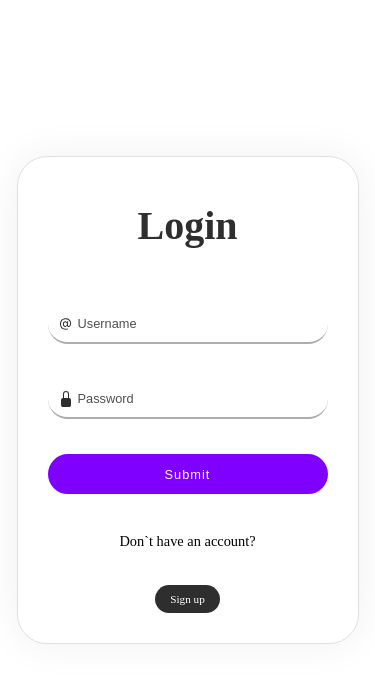
Repository: sharmisthak16/Student-Assignment
Page: /LoginForm (app in my-project/)
The author's editor kept a copy of each file at every save. The page is drawn from the files as they stood at one save, then again after the next save.
The browser window is 375 px wide. The pictures show the whole page.
The project was rebuilt for these pictures with package versions that can differ from the ones it lists, and the page was loaded fresh each time. Also part of the build but not shown: my-project/vite.config.js, my-project/src/components/Dashboard.css, my-project/src/components/Dashboard.jsx, my-project/src/components/HomeButtons.css, my-project/src/components/HomeButtons.jsx, my-project/src/Pages/Home.jsx, my-project/src/components/StudentTable.css, my-project/src/components/StudentTable.jsx and 3 more.

Above is the page before, as saved 2025-01-31 04:30:05.

### my-project/index.html
<!doctype html>
<html lang="en">
  <head>
    <meta charset="UTF-8" />

    <meta name="viewport" content="width=device-width, initial-scale=1.0" />
    <title>Assignment</title>
  </head>
  <body>
    <div id="root"></div>
    <script type="module" src="/src/main.jsx"></script>
  </body>
</html>

### my-project/src/App.jsx
import React from 'react';
import { BrowserRouter as Router, Route, Routes } from 'react-router-dom'; // Use Routes instead of Switch
import LoginForm from './components/LoginForm';
import Dashboard from './components/Dashboard'; // Create this component for the dashboard page
import Home from './Pages/Home';
import StudentTable from './components/StudentTable';
import AddStudentModal from './components/AddStudentModal'
import StudentsPage from './components/StudentPage';

function App() {
  return (
    <Router>
      <Routes>
      <Route path='/' element={<Home/>} />
        <Route path="/LoginForm" element={<LoginForm />} /> {/* Use element instead of component */}
        <Route path="/dashboard" element={<Dashboard />} /> {/* Use element instead of component */}
       <Route path="/StudentTable" element={<StudentTable />}  />
       <Route path="/AddStudentModal" element={<AddStudentModal/>}  />
       <Route path='/students' element={< StudentsPage/>}/>
      </Routes>
    </Router>
  );
}

export default App;

### my-project/src/components/LoginForm.jsx
// LoginForm.jsx

import React, { useState } from 'react';
import { useNavigate } from 'react-router-dom'; // Import useNavigate from react-router-dom
import { auth, signInWithEmailAndPassword } from '../components/firebase'; // Import Firebase auth functions
import { toast } from 'react-toastify'; // Import toast for notifications
import './LoginForm.css'; // Import custom styles

const LoginForm = () => {
  const [username, setUsername] = useState(''); // State to hold username (email)
  const [password, setPassword] = useState(''); // State to hold password
  const navigate = useNavigate(); // Initialize navigate function

  // Handle form submission
  const handleSubmit = async (e) => {
    e.preventDefault();

    // Email validation regex
    const emailPattern = /^[a-zA-Z0-9._-]+@[a-zA-Z0-9.-]+\.[a-zA-Z]{2,6}$/;
    if (!emailPattern.test(username)) {
      toast.error("Please enter a valid email address.");
      return;
    }

    try {
      // Attempt to sign in with the provided email and password
      const userCredential = await signInWithEmailAndPassword(auth, username, password);
      console.log('User logged in:', userCredential.user);
      toast.success('Login Successful!');
      navigate('/dashboard'); // Navigate to dashboard on successful login
    } catch (error) {
      console.error("Error during login:", error.message);
      toast.error('Login Failed! Please check your credentials.');
    }
  };

  return (
    <form className="form_main" onSubmit={handleSubmit}>
      <p className="heading">Login</p>

      <div className="inputContainer">
        <svg
          viewBox="0 0 16 16"
          fill="#2e2e2e"
          height="16"
          width="16"
          xmlns="http://www.w3.org/2000/svg"
          className="inputIcon"
        >
          <path d="M13.106 7.222c0-2.967-2.249-5.032-5.482-5.032-3.35 0-5.646 2.318-5.646 5.702 0 3.493 2.235 5.708 5.762 5.708.862 0 1.689-.123 2.304-.335v-.862c-.43.199-1.354.328-2.29.328-2.926 0-4.813-1.88-4.813-4.798 0-2.844 1.921-4.881 4.594-4.881 2.735 0 4.608 1.688 4.608 4.156 0 1.682-.554 2.769-1.416 2.769-.492 0-.772-.28-.772-.76V5.206H8.923v.834h-.11c-.266-.595-.881-.964-1.6-.964-1.4 0-2.378 1.162-2.378 2.823 0 1.737.957 2.906 2.379 2.906.8 0 1.415-.39 1.709-1.087h.11c.081.67.703 1.148 1.503 1.148 1.572 0 2.57-1.415 2.57-3.643zm-7.177.704c0-1.197.54-1.907 1.456-1.907.93 0 1.524.738 1.524 1.907S8.308 9.84 7.371 9.84c-.895 0-1.442-.725-1.442-1.914z"></path>
        </svg>
        <input
          placeholder="Username"
          id="username"
          className="inputField"
          type="text"
          value={username}
          onChange={(e) => setUsername(e.target.value)}
        />
      </div>

      <div className="inputContainer">
        <svg
          viewBox="0 0 16 16"
          fill="#2e2e2e"
          height="16"
          width="16"
          xmlns="http://www.w3.org/2000/svg"
          className="inputIcon"
        >
          <path d="M8 1a2 2 0 0 1 2 2v4H6V3a2 2 0 0 1 2-2zm3 6V3a3 3 0 0 0-6 0v4a2 2 0 0 0-2 2v5a2 2 0 0 0 2 2h6a2 2 0 0 0 2-2V9a2 2 0 0 0-2-2z"></path>
        </svg>
        <input
          placeholder="Password"
          id="password"
          className="inputField"
          type="password"
          value={password}
          onChange={(e) => setPassword(e.target.value)}
        />
      </div>

      <button id="button" type="submit">
        Submit
      </button>
      <div className="signupContainer">
        <p>Don`t have an account?</p>
        <a href="">Sign up</a>
      </div>
    </form>
  );
};

export default LoginForm;

### my-project/src/components/firebase.js
import { initializeApp } from "firebase/app";
import { getAuth, createUserWithEmailAndPassword, signInWithEmailAndPassword } from "firebase/auth";
import { getFirestore, collection, addDoc, getDocs } from "firebase/firestore"; // Import getDocs

const firebaseConfig = {
  apiKey: "AIzaSyBbJ0LWJOG7xecQUhc7-0NGPvu33pYSSAg",
  authDomain: "assignment-f6a48.firebaseapp.com",
  projectId: "assignment-f6a48",
  storageBucket: "assignment-f6a48.appspot.com",
  messagingSenderId: "801572322432",
  appId: "1:801572322432:web:b56f932b3f50b6140f7a65",
  measurementId: "G-SBG6GTP1V2"
};

const app = initializeApp(firebaseConfig);
const auth = getAuth(app);
const db = getFirestore(app); // Firestore instance

// Export the methods you're using
export { auth, db, createUserWithEmailAndPassword, signInWithEmailAndPassword, addDoc, collection, getDocs };

### my-project/src/components/LoginForm.css
/* From Uiverse.io by vinodjangid07 */
.form_main {
    width: 280px;
    display: flex;
    flex-direction: column;
    align-items: center;
    justify-content: center;
    background-color: rgb(255, 255, 255);
    padding: 30px 30px 30px 30px;
    border-radius: 30px;
    box-shadow: 0px 0px 40px rgba(0, 0, 0, 0.062);
    position: absolute;
    top: 50%;
    left: 50%;
    transform: translate(-50%,-50%);
  }

  .heading {
    font-size: 2.5em;
    color: #2e2e2e;
    font-weight: 700;
    margin: 15px 0 30px 0;
  }

  .inputContainer {
    width: 100%;
    position: relative;
    display: flex;
    align-items: center;
    justify-content: center;
  }

  .inputIcon {
    position: absolute;
    left: 10px;
  }

  .inputField {
    width: 100%;
    height: 40px;
    background-color: transparent;
    border: none;
    border-bottom: 2px solid rgb(173, 173, 173);
    border-radius: 30px;
    margin: 10px 0;
    color: black;
    font-size: .8em;
    font-weight: 500;
    box-sizing: border-box;
    padding-left: 30px;
  }

  .inputField:focus {
    outline: none;
    border-bottom: 2px solid rgb(199, 114, 255);
  }

  .inputField::placeholder {
    color: rgb(80, 80, 80);
    font-size: 1em;
    font-weight: 500;
  }

  #button {
    position: relative;
    width: 100%;
    border: 2px solid #8000ff;
    background-color: #8000ff;
    height: 40px;
    color: white;
    font-size: .8em;
    font-weight: 500;
    letter-spacing: 1px;
    border-radius: 30px;
    margin: 10px;
    cursor: pointer;
    overflow: hidden;
  }

  #button::after {
    content: "";
    position: absolute;
    background-color: rgba(255, 255, 255, 0.253);
    height: 100%;
    width: 150px;
    top: 0;
    left: -200px;
    border-bottom-right-radius: 100px;
    border-top-left-radius: 100px;
    filter: blur(10px);
    transition-duration: .5s;
  }

  #button:hover::after {
    transform: translateX(600px);
    transition-duration: .5s;
  }

  .signupContainer {
    margin: 0;
    display: flex;
    flex-direction: column;
    align-items: center;
    justify-content: center;
    gap: 20px;
  }

  .signupContainer p {
    font-size: .9em;
    font-weight: 500;
    color: black;
  }

  .signupContainer a {
    font-size: .7em;
    font-weight: 500;
    background-color: #2e2e2e;
    color: white;
    text-decoration: none;
    padding: 8px 15px;
    border-radius: 20px;
  }

### my-project/src/components/AddStudentModal.css
/* General form styling */
form {
  display: flex;
  flex-direction: column;
  gap: 15px;
  max-width: 400px;
  margin: 0 auto;
  padding: 25px;
  background-color: #ffffff;
  border-radius: 8px;
  box-shadow: 0 6px 12px rgba(0, 0, 0, 0.1);
  border: 1px solid #e0e0e0;
}

/* Label and input field styling */
label {
  font-weight: bold;
  font-size: 14px;
  margin-bottom: 5px;
  color: #333;
}

input, select, textarea {
  padding: 12px;
  font-size: 14px;
  border: 1px solid #ccc;
  border-radius: 6px;
  width: 100%;
  box-sizing: border-box;
  background-color: #fafafa;
  color: #333;
}

/* Focus effect */
input:focus, select:focus, textarea:focus {
  outline: none;
  border-color: #5c6bc0;  /* Subtle blue for focus */
  box-shadow: 0 0 0 2px rgba(92, 107, 192, 0.2);  /* Light blue glow on focus */
}

/* Button styling */
.submit-button {
  background-color: #1ec2af; /* Teal background */
  color: white;              /* White text */
  padding: 17px 20px;        /* Padding */
  border: none;              /* Remove border */
  border-radius: 6px;        /* Rounded corners */
  cursor: pointer;          /* Pointer cursor on hover */
  font-size: 16px;           /* Font size */
  transition: background-color 0.3s ease, transform 0.2s ease; /* Smooth transition */
  width: 100%;
  box-sizing: border-box;
}

.submit-button:disabled {
  background-color: #b2dfdb;  /* Light teal when disabled */
  cursor: not-allowed;        /* Disable cursor */
}

.submit-button:hover:not(:disabled) {
  background-color: #004d40; /* Darker teal on hover */
  transform: translateY(-2px); /* Slight lift effect on hover */
}

/* Textarea specific styling */
textarea {
  resize: vertical;  /* Allow resizing only vertically */
  height: 120px;
}

/* Spacing for input elements */
input, select, textarea {
  margin-bottom: 12px;
}

/* Responsive styling for smaller screens */
@media (max-width: 600px) {
  form {
    padding: 20px;
    width: 90%;
  }

  .submit-button {
    padding: 14px;
  }
}

Loaded but not shown: my-project/src/main.jsx (common file); my-project/src/index.css (common file)

After the next save:
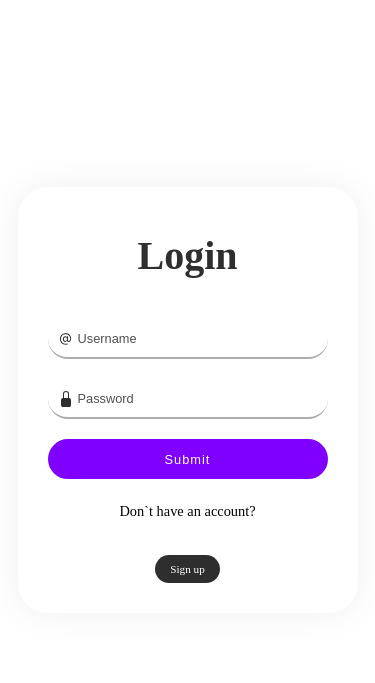
Saved 2 min 26 s later.
--- a/my-project/src/components/AddStudentModal.css
+++ b/my-project/src/components/AddStudentModal.css
@@ -1,9 +1,9 @@
 /* General form styling */
-form {
+form.student-form {
   display: flex;
   flex-direction: column;
-  gap: 15px;
-  max-width: 400px;
+  gap: 20px;
+  max-width: 450px;
   margin: 0 auto;
   padding: 25px;
   background-color: #ffffff;
@@ -16,7 +16,7 @@
 label {
   font-weight: bold;
   font-size: 14px;
-  margin-bottom: 5px;
+  margin-bottom: 8px;
   color: #333;
 }
 
@@ -40,9 +40,9 @@
 
 /* Button styling */
 .submit-button {
-  background-color: #1ec2af; /* Teal background */
+  background-color: #00796b; /* Teal background */
   color: white;              /* White text */
-  padding: 17px 20px;        /* Padding */
+  padding: 12px 20px;        /* Padding */
   border: none;              /* Remove border */
   border-radius: 6px;        /* Rounded corners */
   cursor: pointer;          /* Pointer cursor on hover */
@@ -70,12 +70,12 @@
 
 /* Spacing for input elements */
 input, select, textarea {
-  margin-bottom: 12px;
+  margin-bottom: 15px;
 }
 
 /* Responsive styling for smaller screens */
 @media (max-width: 600px) {
-  form {
+  form.student-form {
     padding: 20px;
     width: 90%;
   }

After the save that followed:
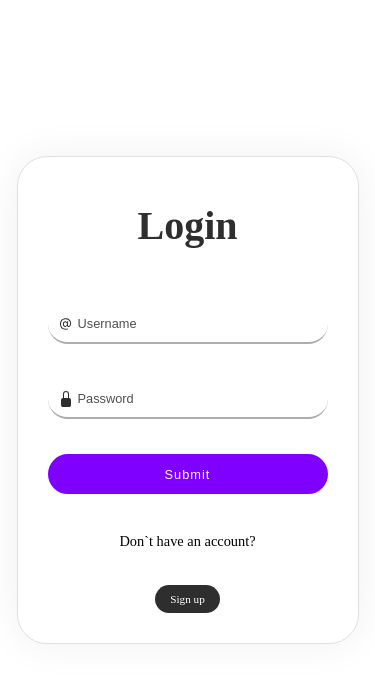
Saved 14 s later.
--- a/my-project/src/components/AddStudentModal.css
+++ b/my-project/src/components/AddStudentModal.css
@@ -1,9 +1,9 @@
 /* General form styling */
-form.student-form {
+form {
   display: flex;
   flex-direction: column;
-  gap: 20px;
-  max-width: 450px;
+  gap: 15px;
+  max-width: 400px;
   margin: 0 auto;
   padding: 25px;
   background-color: #ffffff;
@@ -16,7 +16,7 @@
 label {
   font-weight: bold;
   font-size: 14px;
-  margin-bottom: 8px;
+  margin-bottom: 5px;
   color: #333;
 }
 
@@ -40,9 +40,9 @@
 
 /* Button styling */
 .submit-button {
-  background-color: #00796b; /* Teal background */
+  background-color: #1ec2af; /* Teal background */
   color: white;              /* White text */
-  padding: 12px 20px;        /* Padding */
+  padding: 17px 20px;        /* Padding */
   border: none;              /* Remove border */
   border-radius: 6px;        /* Rounded corners */
   cursor: pointer;          /* Pointer cursor on hover */
@@ -70,12 +70,12 @@
 
 /* Spacing for input elements */
 input, select, textarea {
-  margin-bottom: 15px;
+  margin-bottom: 12px;
 }
 
 /* Responsive styling for smaller screens */
 @media (max-width: 600px) {
-  form.student-form {
+  form {
     padding: 20px;
     width: 90%;
   }
